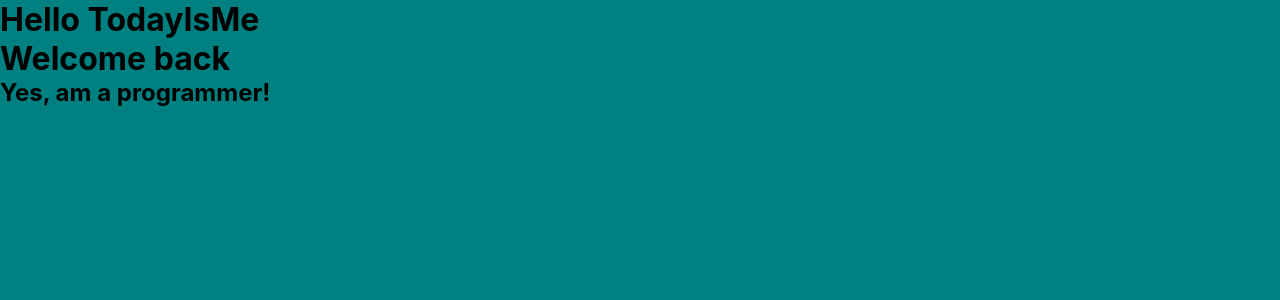
Repository: Exdevo/React
Page: /
These files come from the project's save history. The page is drawn as it stood at one moment and after a run of saves; the edit follows.
The browser window is 1280 px wide. The pictures show the whole page.
The project was rebuilt for these pictures with package versions that can differ from the ones it lists, and the page was loaded fresh each time. Also part of the build but not shown: src/ItemDescription.js, src/Product.js.

Above is the page before, as saved 2023-02-12 13:41:54.

After the next 2 saves:
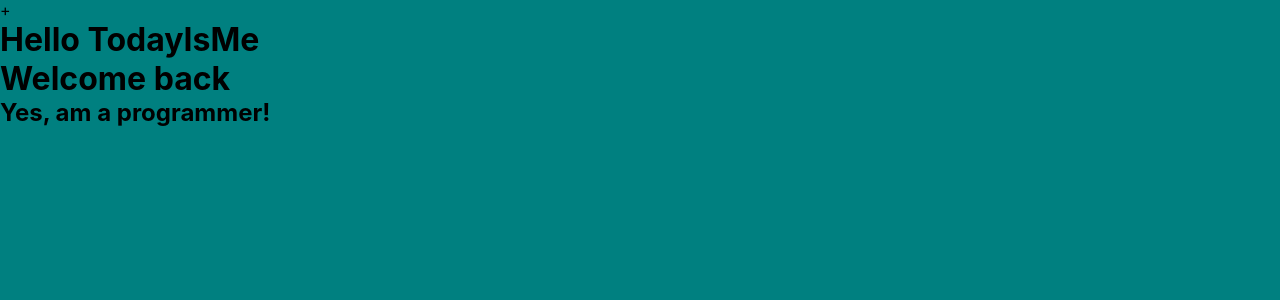
The 2 saves are shown as one change because they came seconds apart.
The last was saved 8 s later.
--- a/src/App.js
+++ b/src/App.js
@@ -13,7 +13,7 @@ function App() {
   return (
     <div className="App">
 
-      <buton></buton>
+      <buton>+</buton>
      <h1> Hello {isProgrammer ? name : "TodayIsMe"} </h1>
      {name ?(
       <>Testing</>
